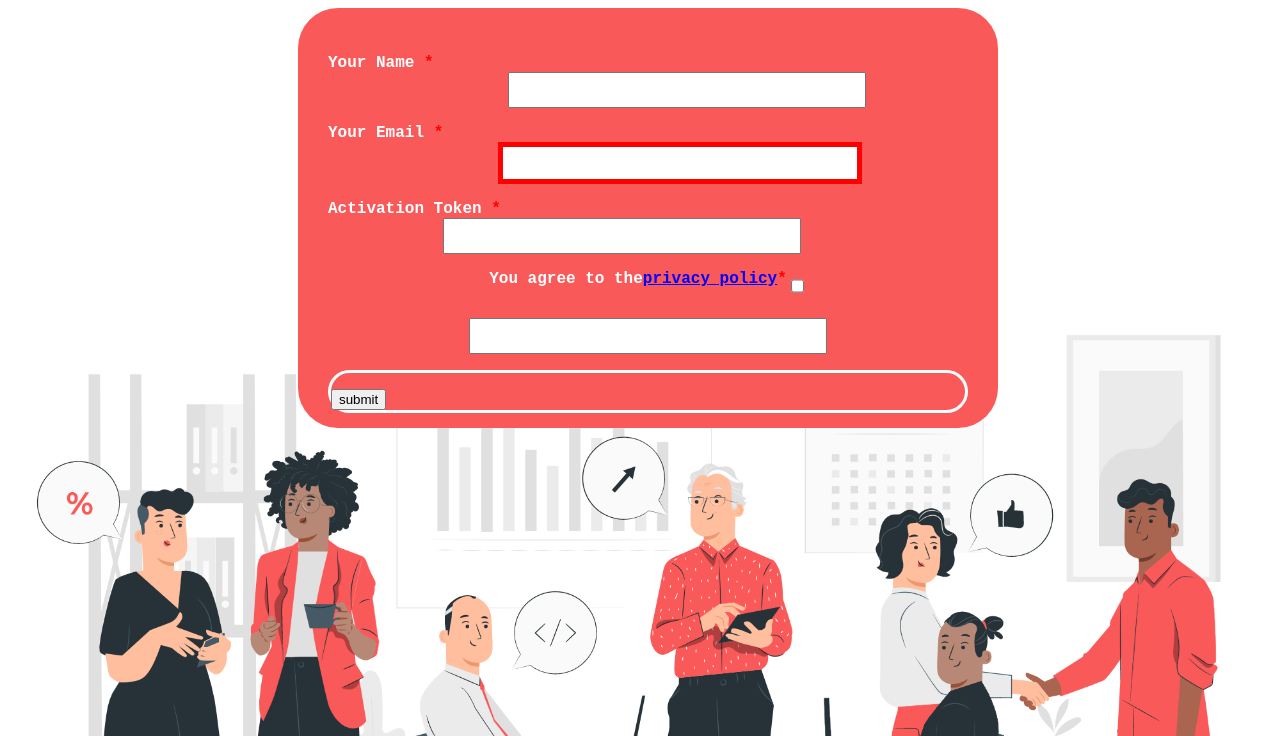
Repository: Rachael4life/Assignment-1
Page: starter-code/src/index.html
These files come from the project's save history. The page is drawn as it stood at one moment and after a run of saves; the edit follows.
The browser window is 1280 px wide. The page is 1288 px wide, so the pictures cover 1288 px, including what lies to the right of the window. The pictures show the whole page.

Above is the page before, as saved 2022-02-28 06:29:32.

### starter-code/src/index.html
<!DOCTYPE html>
<html lang="en">
<head>
    <meta charset="UTF-8">
    <meta http-equiv="X-UA-Compatible" content="IE=edge">
    <meta name="viewport" content="width=device-width, initial-scale=1.0">
    <link rel="stylesheet" href="style.css">
    <link rel="preconnect" href="https://fonts.googleapis.com">
<link rel="preconnect" href="https://fonts.gstatic.com" crossorigin>
    <link href="https://fonts.googleapis.com/css2?family=Courier+Prime&display=swap" rel="stylesheet">
    <title>Assignment 1</title>
</head>
<body>
    <div id="ramyeon">
        <form class="kimchi">
            <div> <p></p>
                <label for="name">Your Name <span class="asteric">*</span></label>
                <input class="formgroup" type="text" name="name" id="name" placeholder="">
            </div>
            <div> <p></p>
                <label for="email">Your Email <span class="asteric">*</span> </label>
                <input class="formgroup" type="text" name="email" id="email" placeholder="">
            </div>
            <div> <p></p>
                <label for="password">Activation Token <span class="asteric">*</span> </label>
                <input class="formgroup" type="password" name="activation token" id="password" placeholder="">
            </div>
           <p></p>
            <div class="water"><p></p>
                You agree to the <a href="privacy policy" id="privacy"><b> privacy policy</a></b><span class="asteric">*</span> <input type="checkbox">
            </div>
            <p></p>
            <div id="validation"><p></p>
                <label for="validation"></label>
                <input type="text" class="formgroup">
            </div>
            <p></p>
            <div class="gogi"><p></p>
                <button type="button">submit</button>
            </div>
        </form>
    </div>
</body>
</html>

### starter-code/src/style.css
body {
    color: white;
    font-family: 'Courier Prime', monospace;
    width: 100vw;
    height: 100vh;
    background-image: url("img.png");
    background-size: cover;
    background-repeat: no-repeat;
    font-size: 16px;
}
form {
    background-color: #fa5959;
    font-size: 16px;
    width: 50%;
    height: 50%;
    padding: 30px;
    border-radius: 40px;
    font-weight: bold;
}
#name {
    margin-left: 180px;
    height: 30px;
    width: 350px;
}
#email {
    margin-left: 170px;
    height: 30px;
    width: 350px;
}
#password {
    margin-left: 115px;
    height: 30px;
    width: 350px;
}
#ramyeon {
    display: flex;
    justify-content: center;
    align-content: space-between;
    width: 100%;
    height: 100%;
    font-family: 'Courier New', Courier, monospace;
}
#validation {
    align-content: center;
    justify-content: center;
    display: flex;
}
.gogi {
    display: ;
    justify-content: center;
    align-content:center;
    border-style: solid;
    border-radius: 30px;
    border-color: white;
    background: #fa5959;
    margin: auto;
    font-size: 16px;
    font-family: 'Courier Prime', Courier, monospace;
    font-weight: 500, 700;
    font: bolder;
    height:


}
.water {
    align-content: center;
    justify-content: center;
    display:flex;
}
.formgroup {
    width: 350px;
    height: 30px;
}
#email {
    border: 5px solid red;
}
.asteric {
    color: red;
}
#privacy {
    color: blue;
    font-weight: bolder;
}

After the next 2 saves:
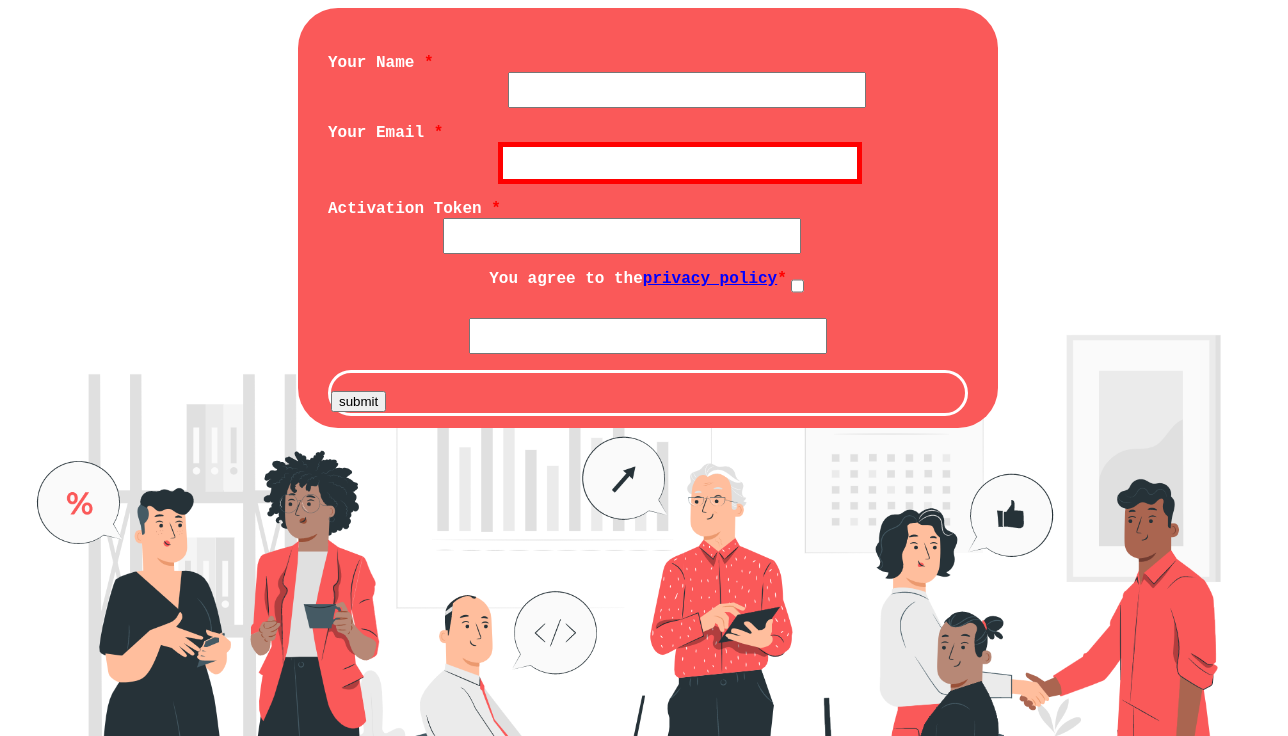
The 2 saves are shown as one change because they came seconds apart.
The last was saved 11 s later.
--- a/starter-code/src/style.css
+++ b/starter-code/src/style.css
@@ -58,7 +58,7 @@ form {
     font-family: 'Courier Prime', Courier, monospace;
     font-weight: 500, 700;
     font: bolder;
-    height:
+    height: 40px;
 
 
 }
